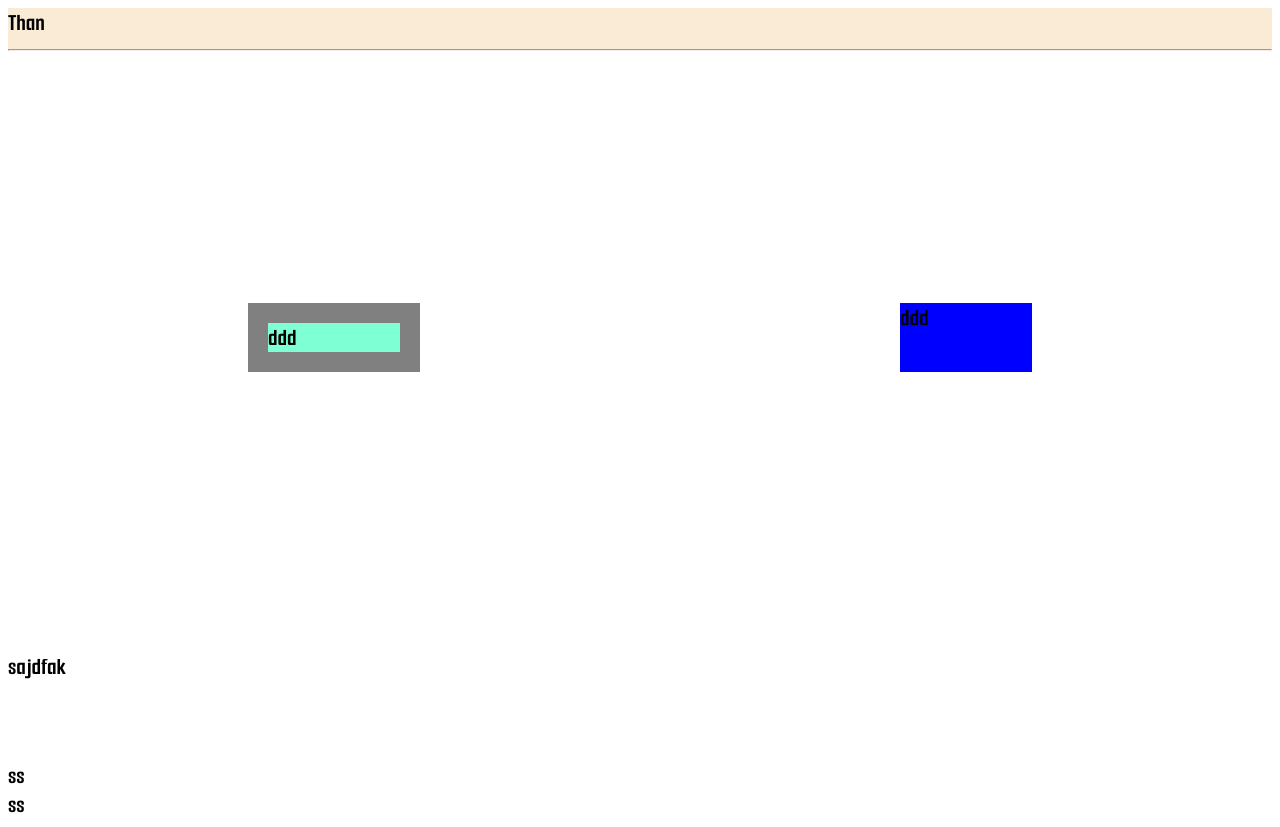
Repository: Than-dot/Than-dot
Page: index.html
These files come from the project's save history. The page is drawn as it stood at one moment and after a run of saves; the edit follows.
The browser window is 1280 px wide. The pictures show the whole page.

Above is the page before, as saved 2026-04-22 12:42:47.

### index.html
<!doctype html>
<html lang="en">
  <head>
    <meta charset="UTF-8" />
    <meta name="viewport" content="width=device-width, initial-scale=1.0" />
    <title>Than</title>
    <link rel="stylesheet" href="styles/global.css" />
    <link rel="stylesheet" href="styles/index.css" />
  </head>

  <body>
    <header>
      <nav>Than</nav>
      <hr />
    </header>
    <main class="container">
      <article class="f-art">ddd</article>
      <aside class = "f-asi">ddd</aside>
      <article class="stats">sajdfak</article>
    </main>
    <article>ss</article>
    <aside>ss</aside>
  </body>
</html>

### styles/global.css
@font-face {
  font-family: Smooch-Sans;
  src: url(/assets/font/Roboto,Smooch_Sans/Smooch_Sans/SmoochSans-VariableFont_wght.ttf);
}

body {
  font-family: Smooch-Sans, sans-serif;
  font-weight: bold;
  font-size: 1.5rem;
}

### styles/index.css
.container {
  display: grid;
  grid-template-columns: auto auto;
}

header {
  background-color: antiquewhite;
}

.f-art {
  background-color: aquamarine;
  margin: 15rem;
  border: 20px solid grey;
}

.f-asi {
  background-color: blue;
  margin: 15rem;
}

.stats {
  margin-top: 2.5rem;
  margin-bottom: 5rem;
  border
}

After the next 2 saves:
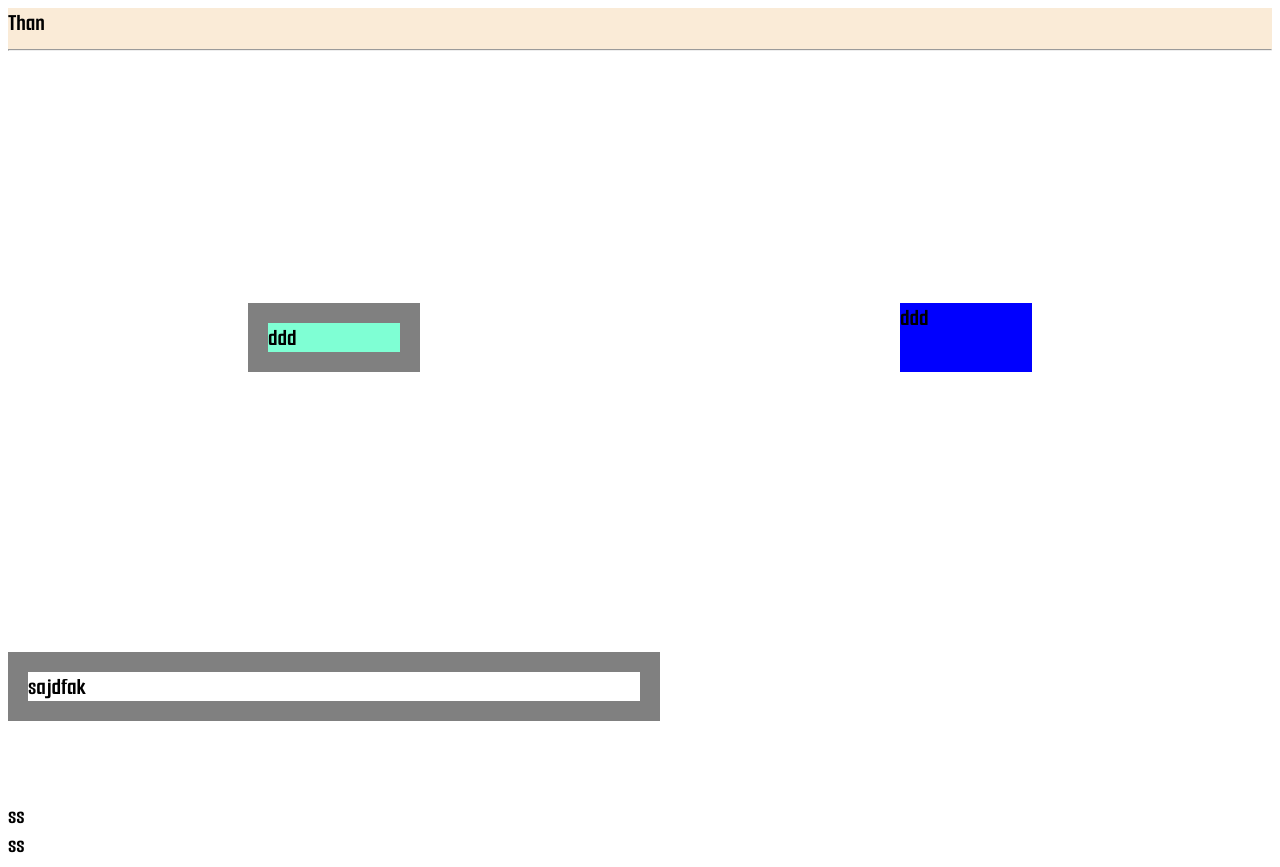
The 2 saves are shown as one change because they came seconds apart.
The last was saved 8 s later.
--- a/styles/index.css
+++ b/styles/index.css
@@ -21,5 +21,5 @@ header {
 .stats {
   margin-top: 2.5rem;
   margin-bottom: 5rem;
-  border
+  border: 20px solid grey;
 }
